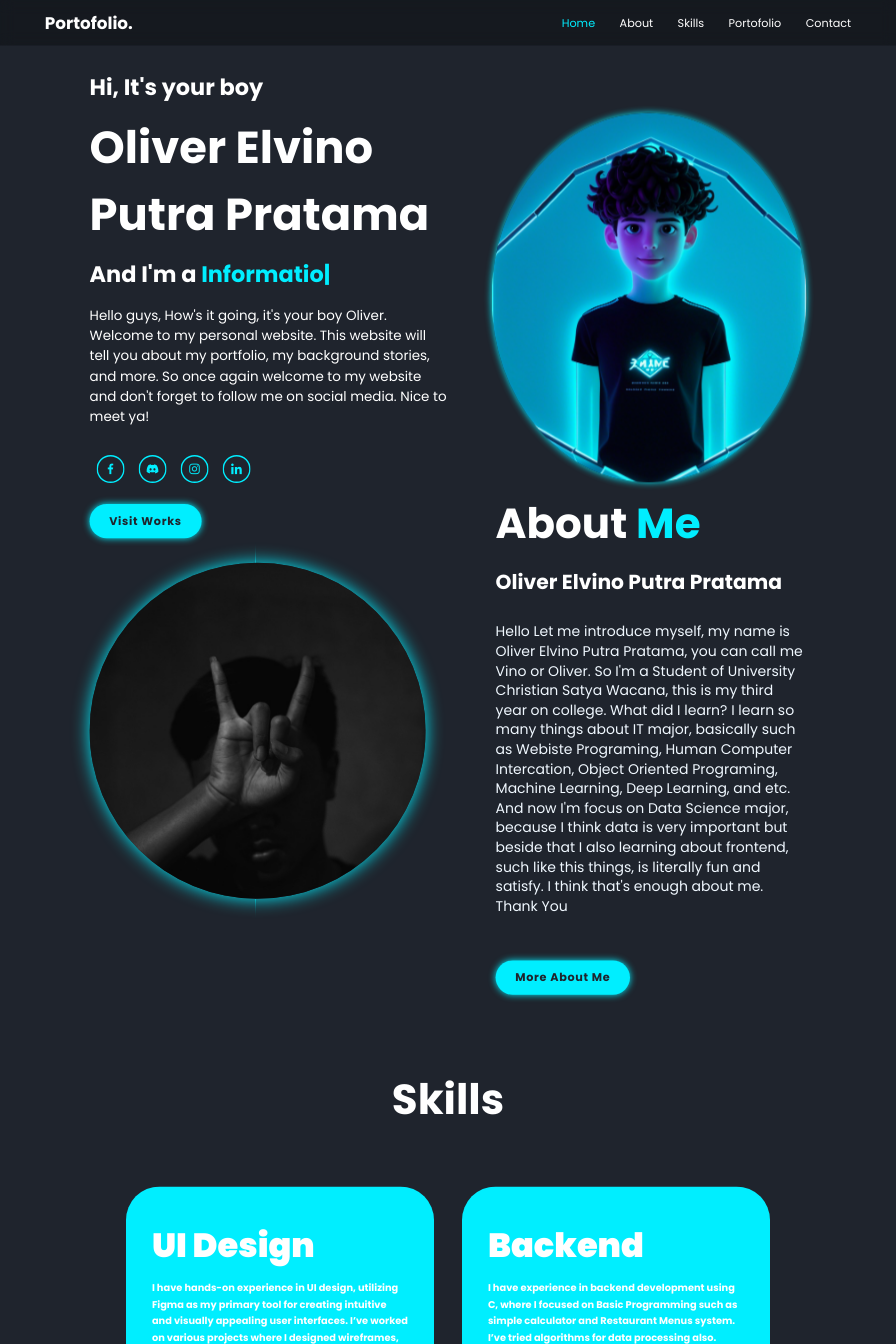
Repository: Olovrelvino/personalWebsite-HtmlCssJs-project
Page: main.html
An editor plug-in stored every save of this project. The page is shown before and after the next save, followed by the edit.
The browser window is 1280 px wide. The pictures show the part of the page from y = 0 to 1920 px (the page is 3629 px tall), at 70% of full size.
Some web libraries are served in a nearby version.

Above is the page before, as saved 2024-09-23 22:51:37.

After the next save:
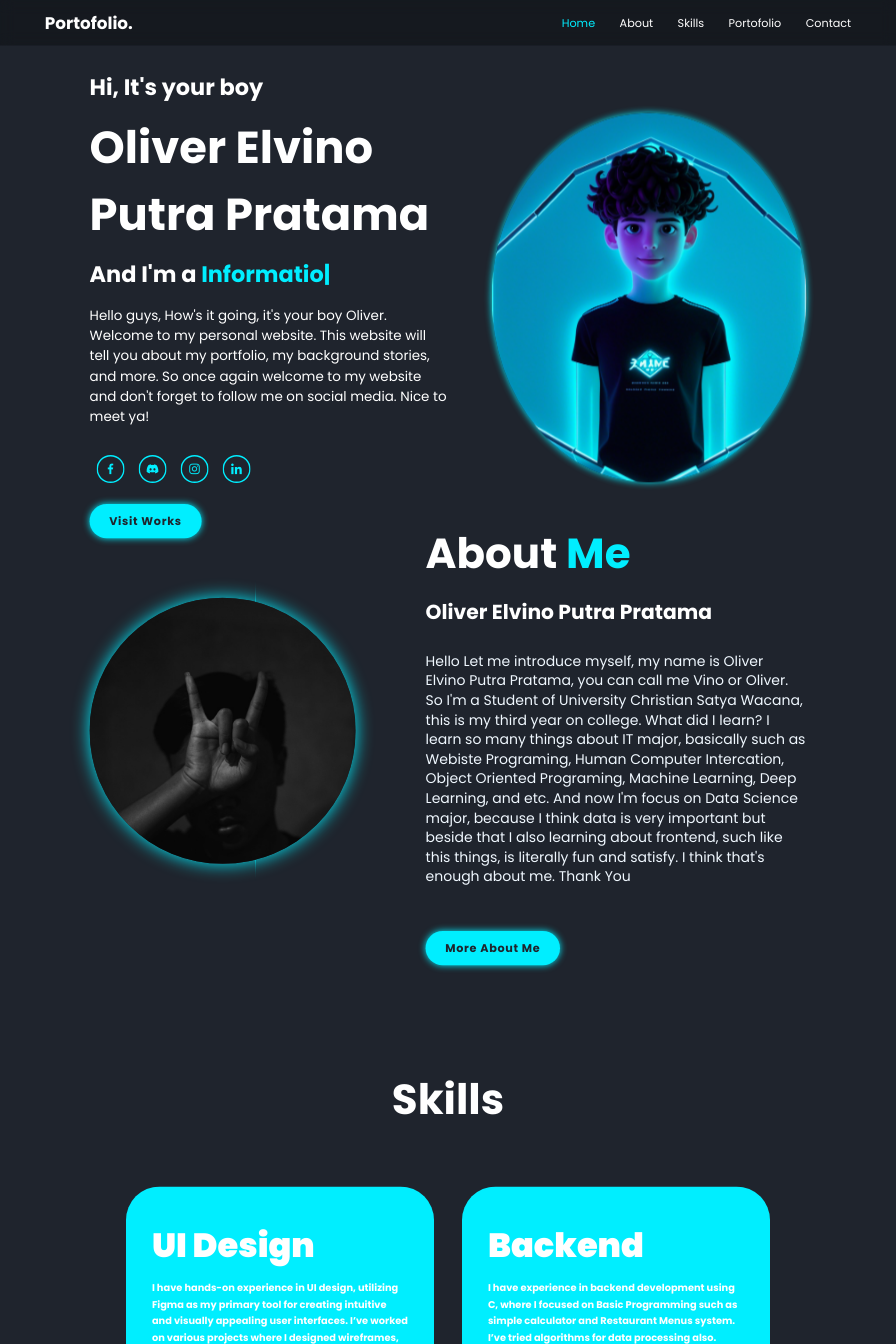
Saved 2 min 2 s later.
--- a/style.css
+++ b/style.css
@@ -283,7 +283,7 @@ body {
 
 .about-img img {
     margin-bottom: 30px;
-    max-width: 480px;
+    max-width: 380px;
     border-radius: 50%;
     box-shadow: 0 0 25px #0ef;
     cursor: pointer;
